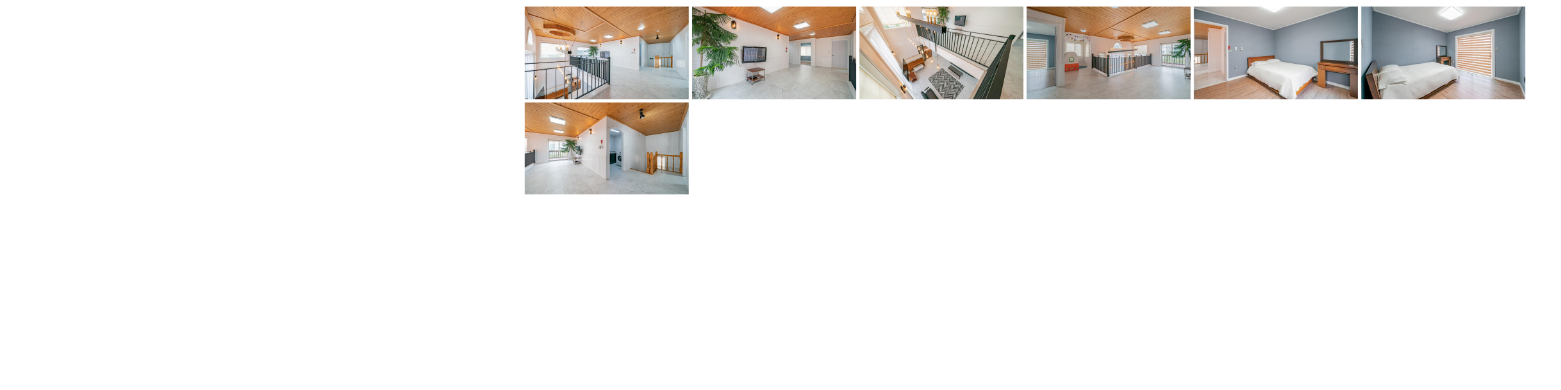
Repository: balsohn/adminshop
Page: http://localhost/jquery/0805/slide.jsp
The author's editor kept a copy of each file at every save. The page is drawn from the files as they stood at one save, then again after the next save.
The browser window is 1280 px wide. The page is 1904 px wide, so the pictures cover 1904 px, including what lies to the right of the window. The pictures show the whole page, at 82% of full size.
The page is served by Tomcat 9.

Above is the page before, as saved 2024-08-23 03:51:19.

After the next save:
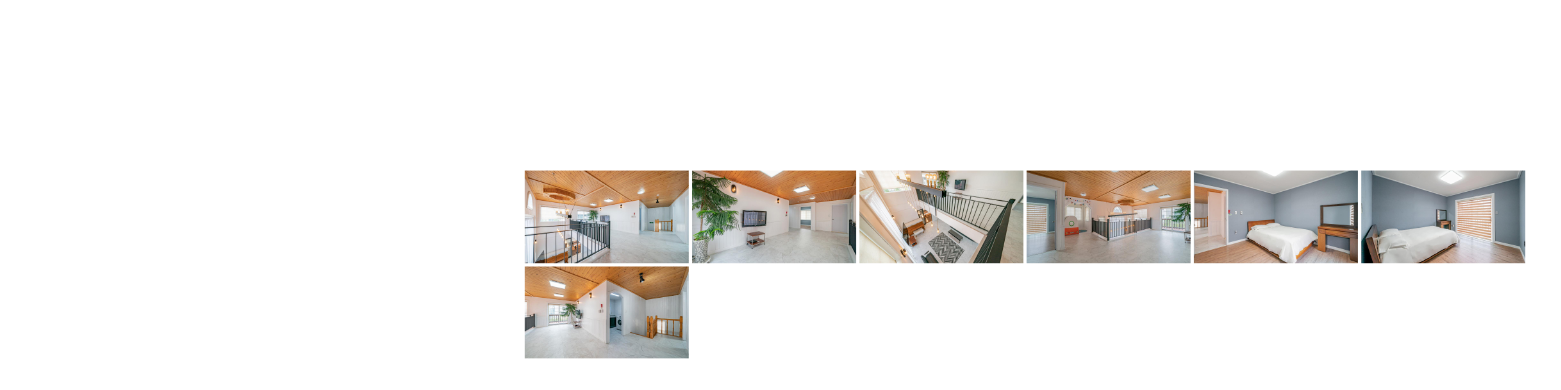
Saved 25 s later.
--- a/work/jquery/src/main/webapp/0805/slide.jsp
+++ b/work/jquery/src/main/webapp/0805/slide.jsp
@@ -8,7 +8,7 @@
 <script src="https://code.jquery.com/jquery-latest.js"></script>
 
 <style>
-	section {position:relative; left:50%; top:50%;}
+	section {position:relative; left:50%; top:200px;}
 	img {width:200px; height: auto;}
 </style>
 </head>
